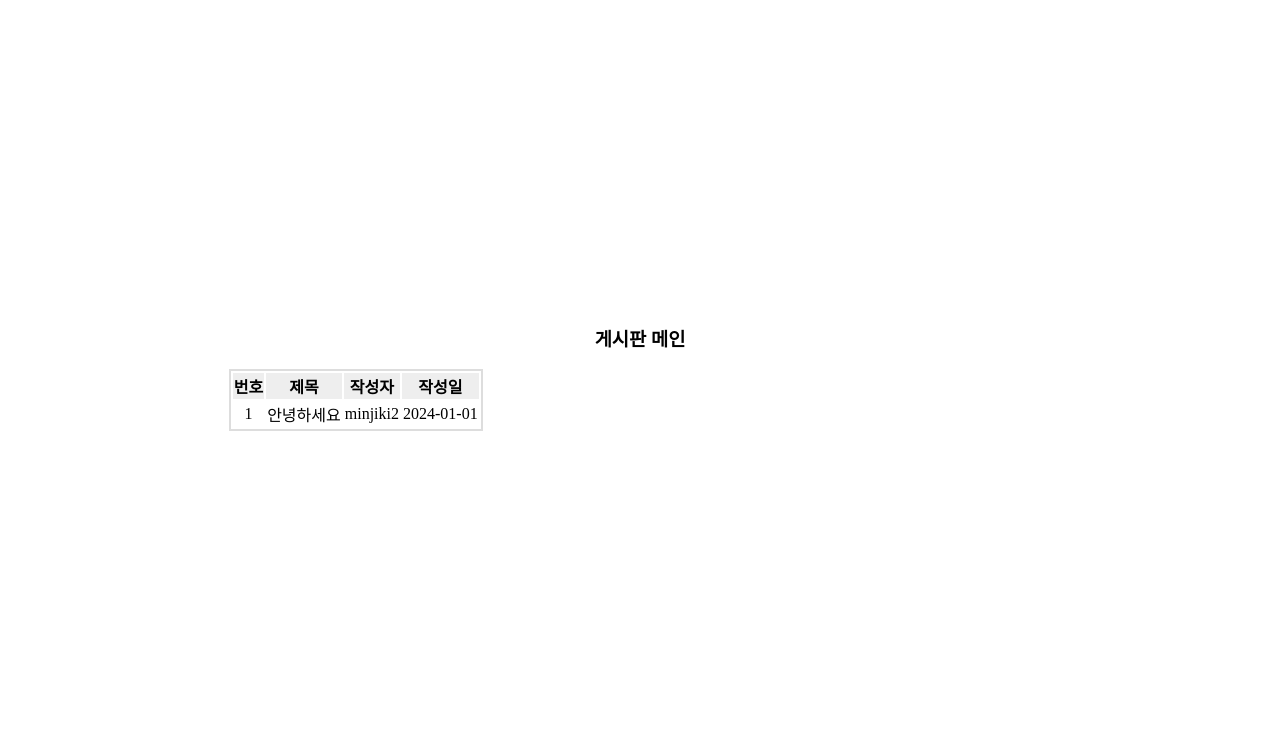
Repository: minjikimkim2222/BBS
Page: http://localhost/BBS/bbs.jsp
These files come from the project's save history. The page is drawn as it stood at one moment and after the next save; the edit follows.
The browser window is 1280 px wide. The pictures show the whole page.
The page is served by Tomcat 9.

Above is the page before, as saved 2024-01-01 13:16:08.

After the next save:
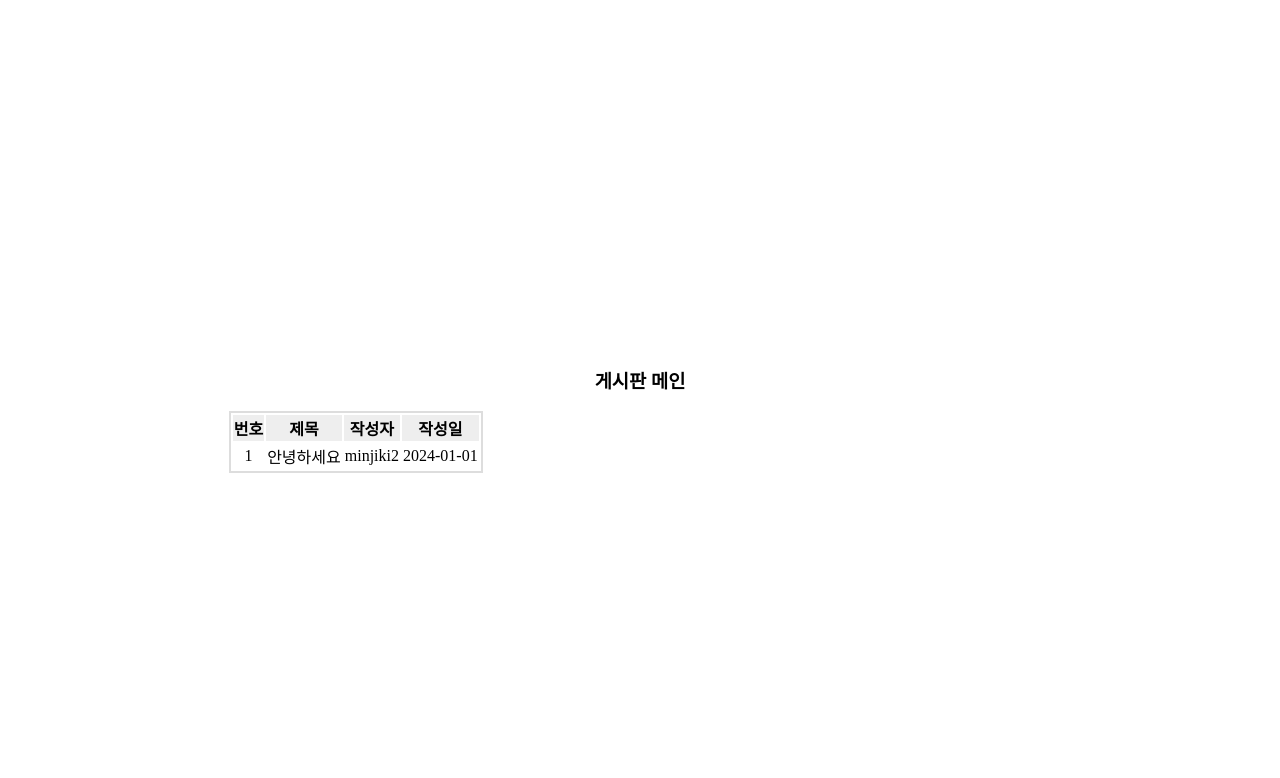
Saved 104 s later.
--- a/BBS/src/main/webapp/bbs.jsp
+++ b/BBS/src/main/webapp/bbs.jsp
@@ -14,6 +14,7 @@
             justify-content: center;
             align-items: center;
             height: 100vh;
+            margin-top : 50px; /*상단 여백 조정*/
         }
 
 
